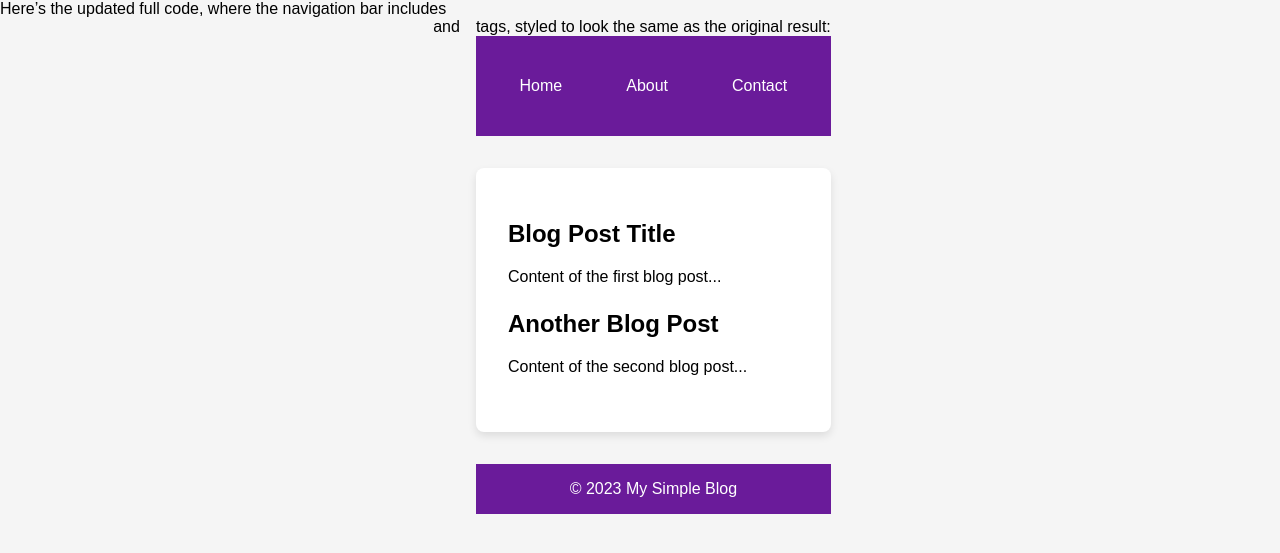
Repository: Femi007-gh/BLOG
Page: index.html
The author's editor kept a copy of each file at every save. The page is drawn from the files as they stood at one save, then again after the next save.
The browser window is 1280 px wide. The pictures show the whole page.

Above is the page before, as saved 2025-01-08 08:55:15.

### index.html
Here’s the updated full code, where the navigation bar includes <ul> and <li> tags, styled to look the same as the original result:

  <!DOCTYPE html>
  <html lang="en">
  <head>
    <meta charset="UTF-8">
    <meta name="viewport" content="width=device-width, initial-scale=1.0">
    <title>My Blog</title>
    <style>
      body {
        margin: 0;
        font-family: Arial, sans-serif;
        background-color: #f5f5f5;
      }

      nav {
        background-color: #6a1b9a;
        height: 100px;
        display: flex;
        flex-direction: column;
        justify-content: center;
        align-items: center;
        color: white;
      }

      ul {
        list-style: none;
        margin: 0;
        padding: 0;
        display: flex;
        justify-content: center;
      }

      li {
        margin: 0 1rem;
      }

      a {
        color: white;
        text-decoration: none;
        font-family: Arial, sans-serif;
        padding: 0.5rem 1rem;
        display: block;
      }

      a:hover {
        background-color: #4a148c;
        border-radius: 4px;
      }

      .container {
        margin: 2rem auto;
        max-width: 800px;
        background-color: white;
        border-radius: 8px;
        padding: 2rem;
        box-shadow: 0 4px 8px rgba(0, 0, 0, 0.1);
      }

      .blog-post {
        margin-bottom: 1.5rem;
      }

      footer {
        background-color: #6a1b9a;
        color: white;
        text-align: center;
        padding: 1rem 0;
        margin-top: 2rem;
      }
    </style>
  </head>
  <body>
    <nav>
      <ul>
        <li><a href="#home">Home</a></li>
        <li><a href="#about">About</a></li>
        <li><a href="#contact">Contact</a></li>
      </ul>
    </nav>
    <div class="container">
      <div class="blog-post">
        <h2>Blog Post Title</h2>
        <p>Content of the first blog post...</p>
      </div>
      <div class="blog-post">
        <h2>Another Blog Post</h2>
        <p>Content of the second blog post...</p>
      </div>
    </div>
    <footer>
      &copy; 2023 My Simple Blog
    </footer>
  </body>
  </html>

After the next save:
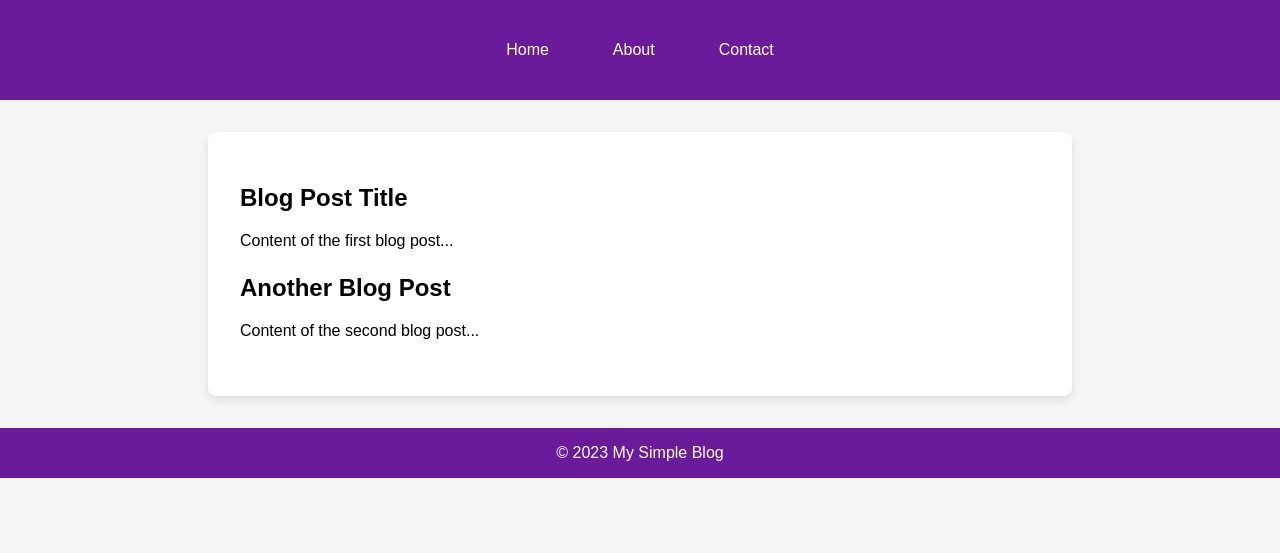
Saved 9 s later.
--- a/index.html
+++ b/index.html
@@ -1,4 +1,3 @@
-Here’s the updated full code, where the navigation bar includes <ul> and <li> tags, styled to look the same as the original result:
 
   <!DOCTYPE html>
   <html lang="en">
